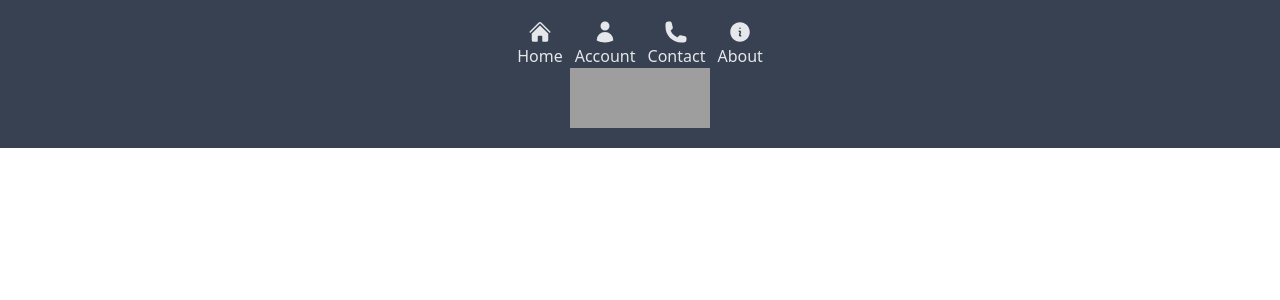
Repository: lyvandat/imdb-movie
Page: /
The author's editor kept a copy of each file at every save. The page is drawn from the files as they stood at one save, then again after a run of saves.
The browser window is 1280 px wide. The pictures show the whole page.
Pictures or frames that could not be fetched are drawn as grey boxes. The project was rebuilt for these pictures with package versions that can differ from the ones it lists, and the page was loaded fresh each time. The framework's server and built-in components were replaced by stand-ins that run in the browser. Also part of the build but not shown: next.config.js.

Above is the page before, as saved 2022-10-04 10:31:11.

After the next 2 saves:
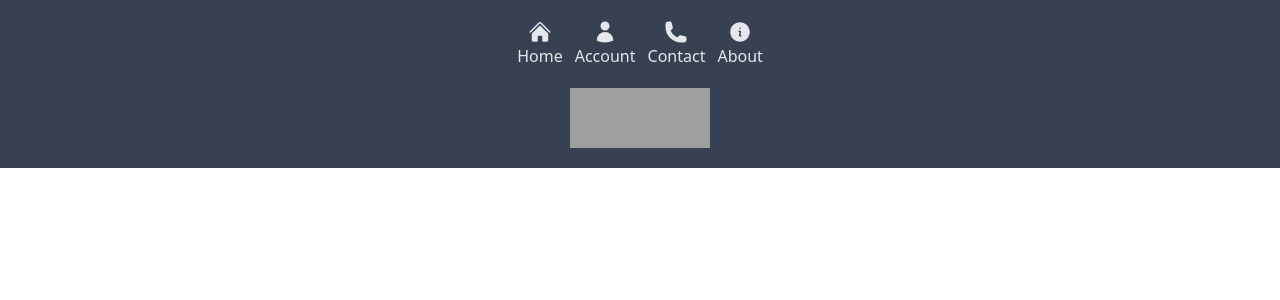
The 2 saves are shown as one change because they came seconds apart.
The last was saved 14 s later.
--- a/components/Header.js
+++ b/components/Header.js
@@ -13,7 +13,7 @@ import Link from "next/link";
 function Header() {
   return (
     <section className="flex flex-col p-5 items-center bg-gray-700 select-none text-gray-200 ">
-      <ul className="flex space-x-3">
+      <ul className="flex space-x-3 mb-5">
         <li className="flex flex-col items-center hover:text-white active:text-red-500">
           <HomeIcon className="h-6" />
           <p>Home</p>
